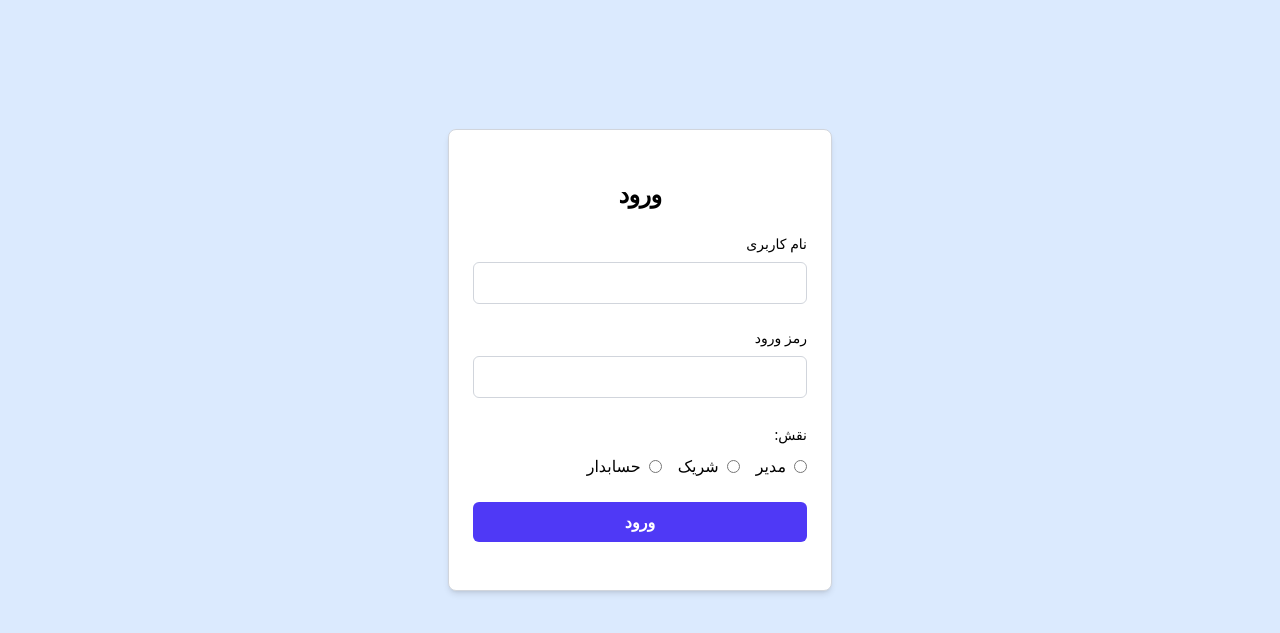
Repository: fuad303/karokhy-frontend
Page: /login
The author's editor kept a copy of each file at every save. The page is drawn from the files as they stood at one save, then again after the next save.
The browser window is 1280 px wide. The pictures show the whole page.
The project was rebuilt for these pictures with package versions that can differ from the ones it lists, and the page was loaded fresh each time. Also part of the build but not shown: vite.config.ts, src/layouts/MainLayout.tsx, src/pages/Home.tsx.

Above is the page before, as saved 2025-12-08 15:38:22.

After the next save:
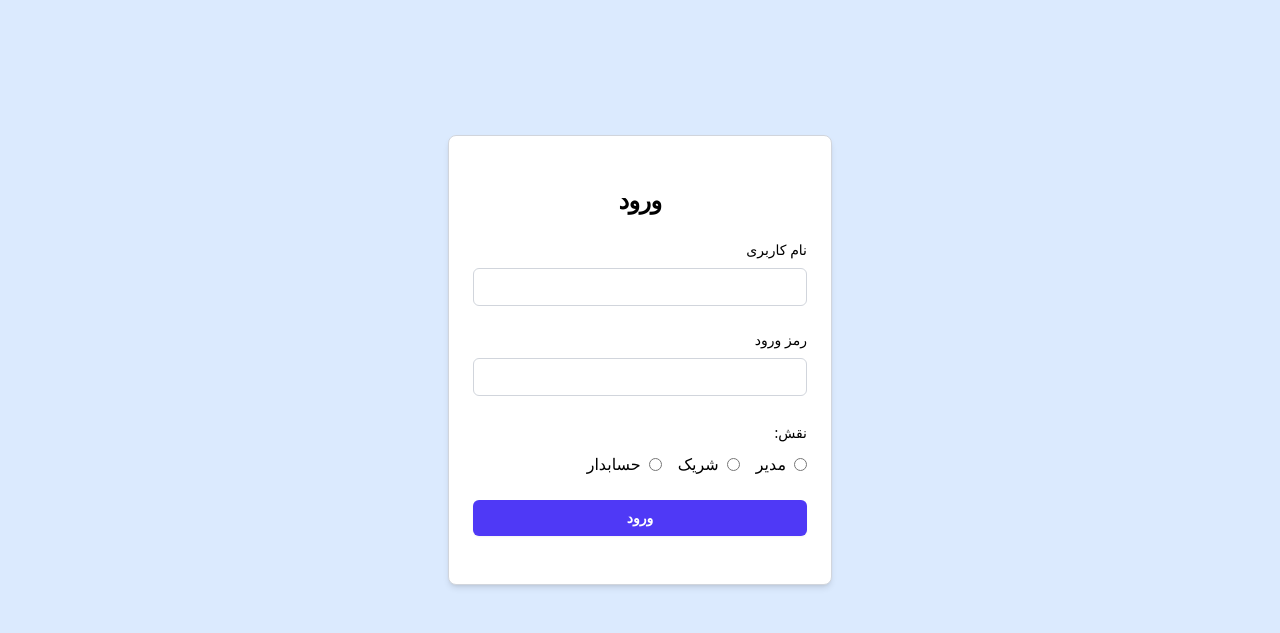
Saved 6 min 1 s later.
--- a/src/components/LoginPage.tsx
+++ b/src/components/LoginPage.tsx
@@ -1,28 +1,14 @@
 import { useForm } from "react-hook-form";
-import { z } from "zod";
-import { zodResolver } from "@hookform/resolvers/zod";
-
-const loginSchema = z.object({
-  username: z.string().min(1, "نام کاربری ضروری است"),
-  password: z.string().min(1, "رمز ورود ضروری است"),
-  role: z
-    .union([z.literal("ADMIN"), z.literal("PARTNER"), z.literal("ACCOUNTANT")])
-    .refine((val) => val !== undefined, { message: "انتخاب نقش ضروری است" }),
-});
-
-type LoginFormType = z.infer<typeof loginSchema>;
 
 function LoginPage() {
   const {
     register,
     handleSubmit,
     formState: { errors },
-  } = useForm<LoginFormType>({
-    resolver: zodResolver(loginSchema),
-  });
+  } = useForm();
 
-  const onSubmit = (data: LoginFormType) => {
-    console.log("Form Data:", data);
+  const onSubmit = (data) => {
+    console.log(data);
   };
 
   return (
@@ -37,70 +23,108 @@ function LoginPage() {
           ورود
         </h2>
 
-        <form onSubmit={handleSubmit(onSubmit)} className="mt-6 space-y-6">
+        <form
+          action="#"
+          onSubmit={handleSubmit(onSubmit)}
+          method="POST"
+          className="mt-6 space-y-6"
+        >
           <div>
-            <label className="block text-sm font-medium text-black text-right">
+            <label
+              htmlFor="username"
+              className="block text-sm font-medium text-black text-right"
+            >
               نام کاربری
             </label>
-            <input
-              type="text"
-              {...register("username")}
-              className="mt-2 block w-full rounded-md border border-gray-300 px-3 py-2"
-            />
+            <div className="mt-2">
+              <input
+                id="username"
+                type="text"
+                {...register("username", { required: "username is required" })}
+                required
+                autoComplete="username"
+                className="block w-full rounded-md bg-white px-3 py-2 text-base text-black border border-gray-300 placeholder:text-gray-400 focus:border-blue-500 focus:outline-none sm:text-sm"
+              />
+            </div>
             {errors.username && (
-              <p className="mt-2 text-sm text-red-600">
-                {errors.username.message}
+              <p className="mt-2 text-sm text-red-600" role="alert">
+                {errors.username?.message}
               </p>
             )}
           </div>
 
           <div>
-            <label className="block text-sm font-medium text-black text-right">
+            <label
+              htmlFor="password"
+              className="block text-sm font-medium text-black text-right"
+            >
               رمز ورود
             </label>
-            <input
-              type="password"
-              {...register("password")}
-              className="mt-2 block w-full rounded-md border border-gray-300 px-3 py-2"
-            />
+            <div className="mt-2">
+              <input
+                id="password"
+                type="password"
+                {...register("password", { required: "password is required" })}
+                required
+                autoComplete="current-password"
+                className="block w-full rounded-md bg-white px-3 py-2 text-base text-black border border-gray-300 placeholder:text-gray-400 focus:border-blue-500 focus:outline-none sm:text-sm"
+              />
+            </div>
             {errors.password && (
-              <p className="mt-2 text-sm text-red-600">
-                {errors.password.message}
+              <p className="mt-2 text-sm text-red-600" role="alert">
+                {errors.password?.message}
               </p>
             )}
           </div>
 
           <div className="mt-4">
             <span className="text-sm font-medium text-black">نقش:</span>
-
             <div className="flex gap-4 mt-2">
               <label className="flex items-center gap-2">
-                <input type="radio" {...register("role")} value="ADMIN" />
+                <input
+                  type="radio"
+                  {...register("role", { required: "role is required " })}
+                  value="ADMIN"
+                  className="accent-indigo-600"
+                />
                 <span>مدیر</span>
               </label>
 
               <label className="flex items-center gap-2">
-                <input type="radio" {...register("role")} value="PARTNER" />
+                <input
+                  type="radio"
+                  {...register("role", { required: "role is required " })}
+                  value="Partner"
+                  className="accent-green-600"
+                />
                 <span>شریک</span>
               </label>
 
               <label className="flex items-center gap-2">
-                <input type="radio" {...register("role")} value="ACCOUNTANT" />
+                <input
+                  type="radio"
+                  {...register("role", { required: "role is required " })}
+                  value="Accountant"
+                  className="accent-yellow-600"
+                />
                 <span>حسابدار</span>
               </label>
+              {errors.role && (
+                <p className="mt-2 text-sm text-red-600" role="alert">
+                  {errors.role?.message}
+                </p>
+              )}
             </div>
-
-            {errors.role && (
-              <p className="mt-2 text-sm text-red-600">{errors.role.message}</p>
-            )}
           </div>
 
-          <button
-            type="submit"
-            className="w-full bg-indigo-600 text-white rounded-md py-2 font-semibold"
-          >
-            ورود
-          </button>
+          <div>
+            <button
+              type="submit"
+              className="flex w-full justify-center rounded-md bg-indigo-600 px-3 py-2 text-sm font-semibold text-white shadow-xs hover:bg-indigo-500 focus-visible:outline-2 focus-visible:outline-offset-2 focus-visible:outline-indigo-600"
+            >
+              ورود
+            </button>
+          </div>
         </form>
       </div>
     </div>
